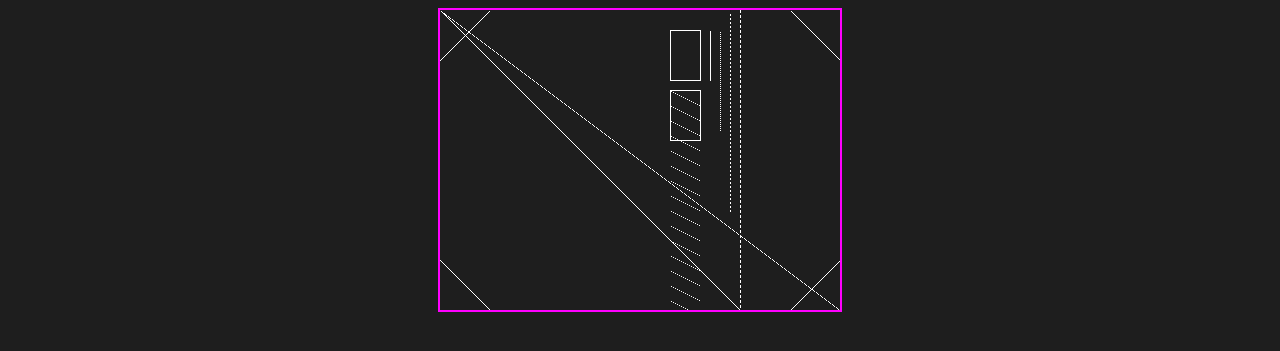
Repository: StarLightGX/miao
Page: paint.html
An editor plug-in stored every save of this project. The page is shown before and after the next save, followed by the edit.
The browser window is 1280 px wide. The pictures show the whole page.

Above is the page before, as saved 2020-11-12 20:44:43.

After the next save:
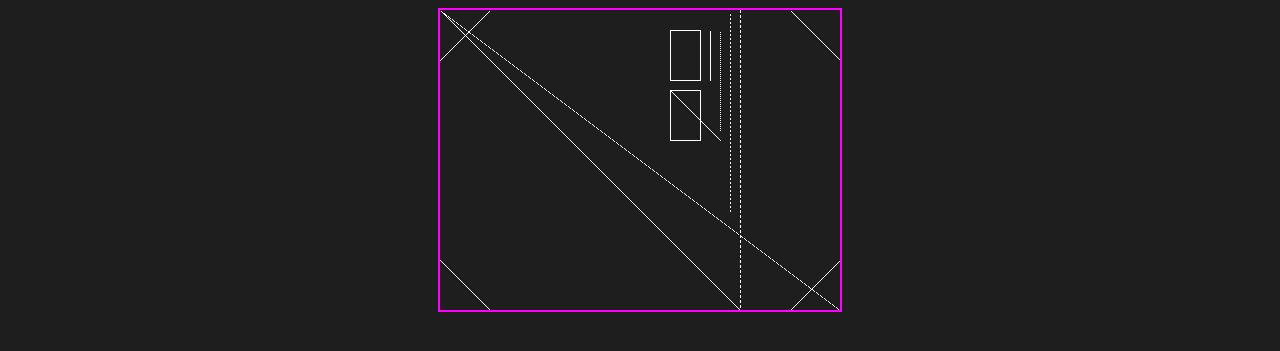
Saved 14 s later.
--- a/paint.html
+++ b/paint.html
@@ -210,9 +210,8 @@
 
     y = 80;
     x = 230;
-
-    for (i = 0; i < 50; i++) {
-      for (x = 230; x < 260; x++) {
+    for (x = 230; x < 260; x++) {
+      for (i = 0; i < 50; i++) {
         y = y + 1;
         x = x + 1;
         dot(x, y);
